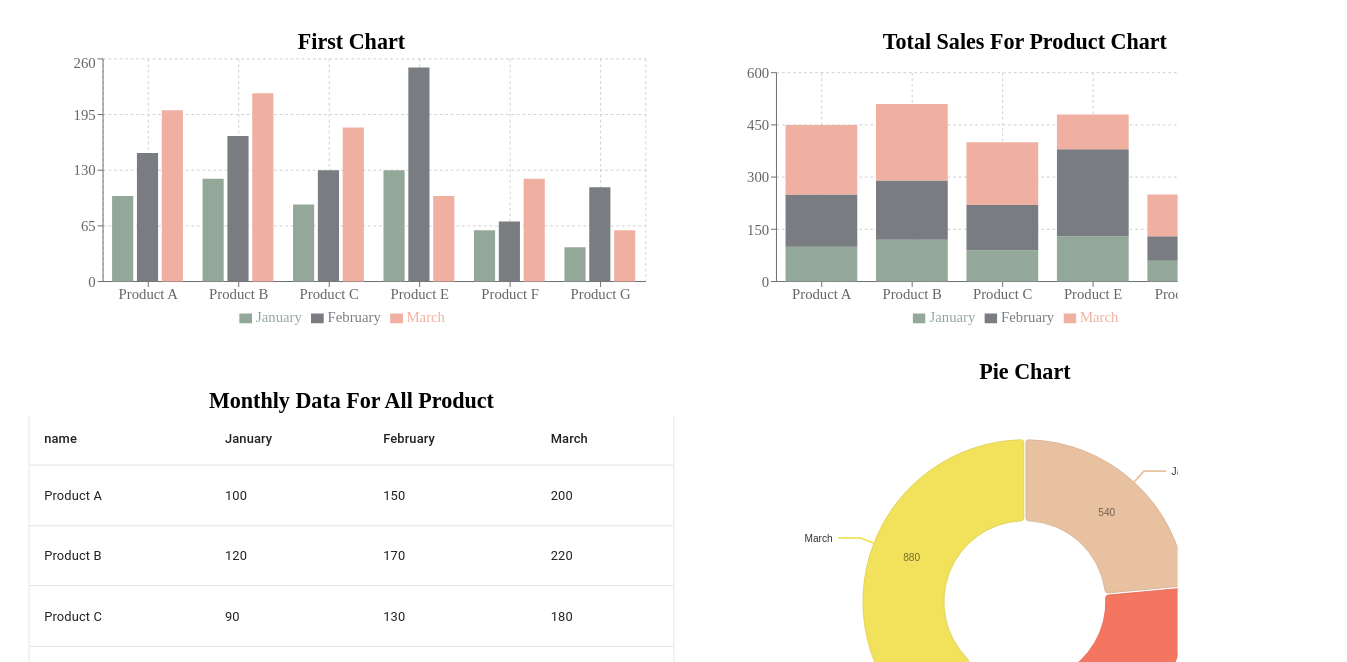
Repository: sagarjain738/test
Page: /
The author's editor kept a copy of each file at every save. The page is drawn from the files as they stood at one save, then again after the next save.
The browser window is 1280 px wide. The page is 1280 px wide, then 1464 px, then 1280 px, so the pictures cover 1464 px, including what lies to the right of the window. The pictures show the whole page, at 92% of full size.
The project was rebuilt for these pictures with package versions that can differ from the ones it lists, and the page was loaded fresh each time. Also part of the build but not shown: vite.config.js, src/index.css.

Above is the page before, as saved 2024-01-21 00:07:54.

### src/App.jsx
import "./App.css";
import FirstChart from "./components/FirstChart";
import totalData, { getTotalData, getTotal, getMonths } from "../Data";
import SecondChart from "./components/SecondData";
import TotalPieChart from "./components/PieChart";
import BasicTable from "./components/Table";

function App() {
  const firstRecord = getTotalData(totalData);
  const total = getTotal(totalData);
  const monthNames = getMonths();
  return (
    <div className="container">
      <FirstChart records={firstRecord} monthNames={monthNames.slice(1)} />
      <SecondChart records={firstRecord} monthNames={monthNames.slice(1)} />
      <BasicTable records={firstRecord} monthNames={monthNames} />
      <TotalPieChart records={total} monthNames={monthNames} />
    </div>
  );
}

export default App;

### src/App.css
*,
::before,
::after {
  box-sizing: border-box;
  padding: 0;
  margin: 0;
}

.container {
  display: grid;
  grid-template-columns: repeat(2, 1fr);
  max-height: 100vh;
  max-width: 100vw;
  overflow: hidden;
  gap: 2rem;
  padding: 2rem;
}

@media screen and (max-width: 900px) {
  .container {
    display: flex;
    flex-direction: column;
    overflow: scroll;
    align-items: center;
    justify-content: center;
    max-height: max-content;
  }
}

### src/components/FirstChart.jsx
import {
  Bar,
  BarChart,
  CartesianGrid,
  Legend,
  Rectangle,
  Tooltip,
  XAxis,
  YAxis,
} from "recharts";
import HigherOrder from "./HigherOrder";

const colors = ["#94A89A", "#797D81", "#EFB0A1", "#669bbc"];

const FirstChart = ({ records, monthNames }) => {
  return (
    <BarChart
      width={700}
      height={300}
      data={records}
      margin={{
        top: 5,
        right: 30,
        left: 20,
        bottom: 5,
      }}
    >
      <CartesianGrid strokeDasharray="3 3" />
      <XAxis dataKey="name" />
      <YAxis />
      <Tooltip />
      <Legend />
      {monthNames.map((month, i) => (
        <Bar
          key={month}
          dataKey={month}
          fill={colors[i]}
          activeBar={<Rectangle fill={colors[i]} stroke="blue" />}
        />
      ))}
    </BarChart>
  );
};

const ProductWiseMonthlySales = HigherOrder(FirstChart, "First Chart");

export default ProductWiseMonthlySales;

### Data.js
let data = {
  salesData: [
    {
      product: "Product A",
      sales: [
        { month: "January", amount: 100 },
        { month: "February", amount: 150 },
        { month: "March", amount: 200 },
      ],
    },
    {
      product: "Product B",
      sales: [
        { month: "January", amount: 120 },
        { month: "February", amount: 170 },
        { month: "March", amount: 220 },
      ],
    },
    {
      product: "Product C",
      sales: [
        { month: "January", amount: 90 },
        { month: "February", amount: 130 },
        { month: "March", amount: 180 },
      ],
    },
    {
      product: "Product E",
      sales: [
        { month: "January", amount: 130 },
        { month: "February", amount: 250 },
        { month: "March", amount: 100 },
      ],
    },
    {
      product: "Product F",
      sales: [
        { month: "January", amount: 60 },
        { month: "February", amount: 70 },
        { month: "March", amount: 120 },
      ],
    },
    {
      product: "Product G",
      sales: [
        { month: "January", amount: 40 },
        { month: "February", amount: 110 },
        { month: "March", amount: 60 },
      ],
    },
  ],
};

export function getTotalData(records) {
  const result = records.salesData.map((item) => {
    return {
      name: item.product,
      data: item.sales.reduce(
        (acc, itm) => ({ ...acc, [`${itm.month}`]: itm.amount }),
        {}
      ),
    };
  });

  const finalData = result.map((item) => {
    return { name: item.name, ...item.data };
  });

  return finalData;
}

export function getTotals(records) {
  const result = records.salesData.map((item) => {
    return {
      id: item.product,
      label: item.product,
      value: item.sales.reduce((acc, itm) => acc + itm.amount, 0),
      color: "hsl(271, 70%, 50%)",
    };
  });
  return result;
}

export function getTotal(data) {
  let sumOfMonths = {};
  data.salesData.forEach((product) => {
    product.sales.forEach((sale) => {
      sumOfMonths[sale.month] = (sumOfMonths[sale.month] || 0) + sale.amount;
    });
  });

  const output = [];

  for (const key in sumOfMonths) {
    output.push({
      id: key,
      label: key,
      value: sumOfMonths[key],
      color: "hsl(37, 70%, 50%)",
    });
  }

  return output;
}

export function getMonths() {
  const months = new Set();
  months.add("name");
  data.salesData.forEach((d) => d.sales.forEach((v) => months.add(v.month)));

  return [...months];
}

export default data;

### src/components/SecondData.jsx
import {
  Bar,
  BarChart,
  CartesianGrid,
  Legend,
  Tooltip,
  XAxis,
  YAxis,
} from "recharts";
import HigherOrder from "./HigherOrder";

const colors = ["#94A89A", "#797D81", "#EFB0A1", "#669bbc"];

const SecondChart = ({ records, monthNames }) => {
  return (
    <BarChart
      width={700}
      height={300}
      data={records}
      margin={{
        top: 20,
        right: 30,
        left: 20,
        bottom: 5,
      }}
    >
      <CartesianGrid strokeDasharray="3 3" />
      <XAxis dataKey="name" />
      <YAxis />
      <Tooltip />
      <Legend />
      {monthNames.map((month, i) => (
        <Bar key={i} dataKey={month} stackId="a" fill={colors[i]} />
      ))}
    </BarChart>
  );
};

const TotalSalesForProduct = HigherOrder(
  SecondChart,
  "Total Sales For Product Chart"
);

export default TotalSalesForProduct;

### src/components/PieChart.jsx
import { ResponsivePie } from "@nivo/pie";
import HigherOrder from "./HigherOrder";

const TotalPieChart = ({ records }) => (
  <div
    style={{
      height: "32rem",
      width: "32rem",
    }}
  >
    <ResponsivePie
      data={records}
      margin={{ top: 40, right: 80, bottom: 80, left: 80 }}
      innerRadius={0.5}
      padAngle={0.7}
      cornerRadius={3}
      activeOuterRadiusOffset={8}
      borderWidth={1}
      borderColor={{
        from: "color",
        modifiers: [["darker", 0.2]],
      }}
      arcLinkLabelsSkipAngle={10}
      arcLinkLabelsTextColor="#333333"
      arcLinkLabelsThickness={2}
      arcLinkLabelsColor={{ from: "color" }}
      arcLabelsSkipAngle={10}
      arcLabelsTextColor={{
        from: "color",
        modifiers: [["darker", 2]],
      }}
      defs={[
        {
          id: "dots",
          type: "patternDots",
          background: "inherit",
          color: "rgba(255, 255, 255, 0.3)",
          size: 4,
          padding: 1,
          stagger: true,
        },
        {
          id: "lines",
          type: "patternLines",
          background: "inherit",
          color: "rgba(255, 255, 255, 0.3)",
          rotation: -45,
          lineWidth: 6,
          spacing: 10,
        },
      ]}
      legends={[
        {
          anchor: "bottom",
          direction: "row",
          justify: false,
          translateX: 0,
          translateY: 56,
          itemsSpacing: 0,
          itemWidth: 100,
          itemHeight: 18,
          itemTextColor: "#999",
          itemDirection: "left-to-right",
          itemOpacity: 1,
          symbolSize: 18,
          symbolShape: "circle",
          effects: [
            {
              on: "hover",
              style: {
                itemTextColor: "#000",
              },
            },
          ],
        },
      ]}
    />
  </div>
);

const MonthWisePieChart = HigherOrder(TotalPieChart, "Pie Chart");

export default MonthWisePieChart;

### src/components/Table.jsx
import Table from "@mui/material/Table";
import TableBody from "@mui/material/TableBody";
import TableCell from "@mui/material/TableCell";
import TableContainer from "@mui/material/TableContainer";
import TableHead from "@mui/material/TableHead";
import TableRow from "@mui/material/TableRow";
import Paper from "@mui/material/Paper";
import HigherOrder from "./HigherOrder";

function BasicTable({ records, monthNames }) {
  return (
    <TableContainer
      component={Paper}
      sx={{
        minWidth: 450,
        maxWidth: 850,
        minHeight: 450,
        maxHeight: 500,
      }}
    >
      <Table
        sx={{
          minWidth: 450,
          maxWidth: 850,
          minHeight: 450,
          maxHeight: 500,
        }}
        aria-label="simple table"
      >
        <TableHead>
          <TableRow>
            {monthNames.map((item) => (
              <TableCell key={item}>{item}</TableCell>
            ))}
          </TableRow>
        </TableHead>
        <TableBody>
          {records.map((row) => (
            <TableRow
              key={row.name}
              sx={{ "&:last-child td, &:last-child th": { border: 0 } }}
            >
              {monthNames.map((item) => (
                <TableCell key={item} component="th" scope="row">
                  {row[item]}
                </TableCell>
              ))}
            </TableRow>
          ))}
        </TableBody>
      </Table>
    </TableContainer>
  );
}

const TotalSalesForProduct = HigherOrder(
  BasicTable,
  "Monthly Data For All Product"
);

export default TotalSalesForProduct;

### src/components/HigherOrder.jsx
export default function HigherOrder(Component, heading) {
  return function internal(props) {
    return (
      <div
        style={{
          display: "flex",
          flexDirection: "column",
          justifyContent: "center",
          alignItems: "center",
        }}
      >
        <h2>{heading}</h2>
        <Component {...props} />
      </div>
    );
  };
}

Loaded but not shown: index.html (common file); src/main.jsx (common file)

After the next save:
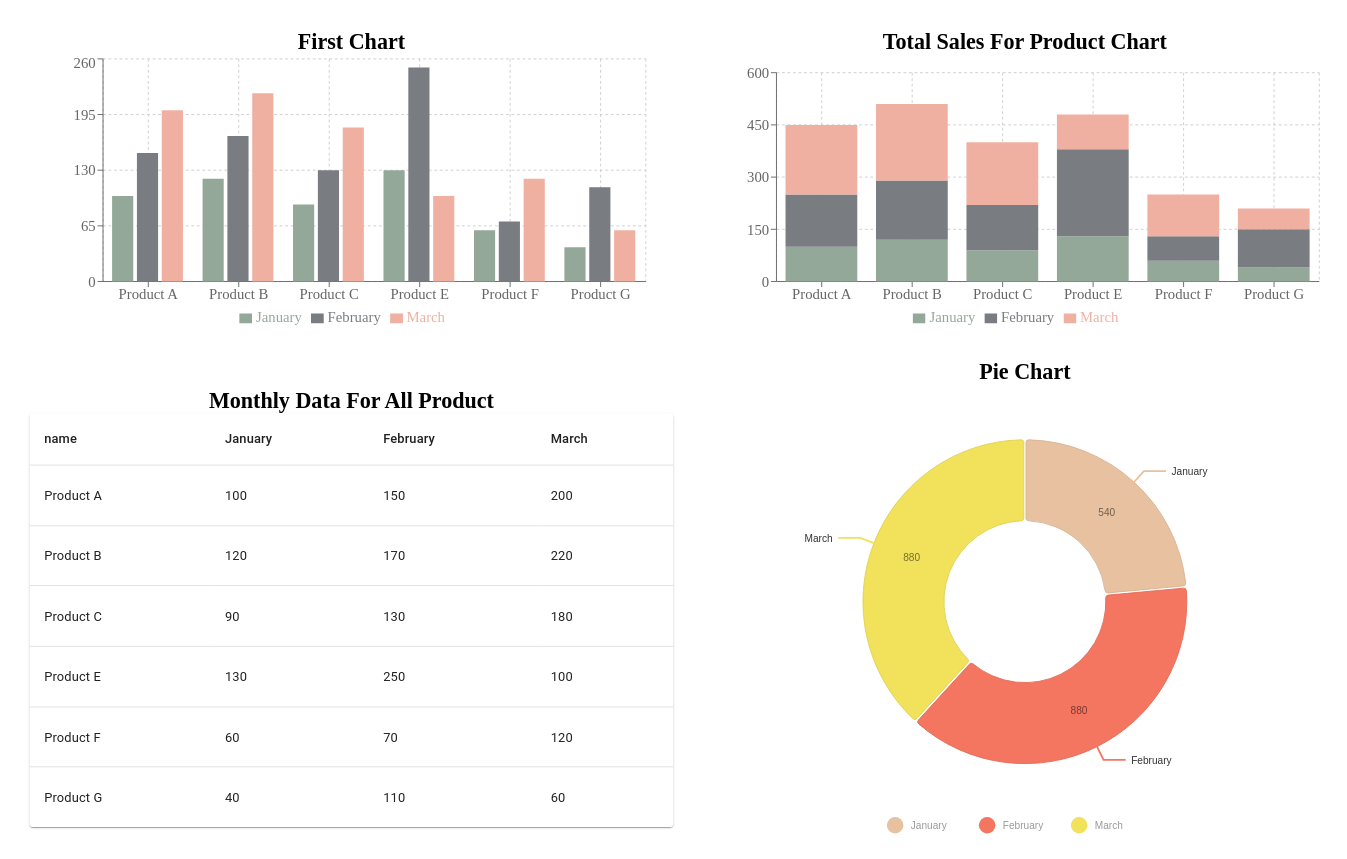
Saved 25 s later.
--- a/src/App.css
+++ b/src/App.css
@@ -11,7 +11,6 @@
   grid-template-columns: repeat(2, 1fr);
   max-height: 100vh;
   max-width: 100vw;
-  overflow: hidden;
   gap: 2rem;
   padding: 2rem;
 }

After the save that followed:
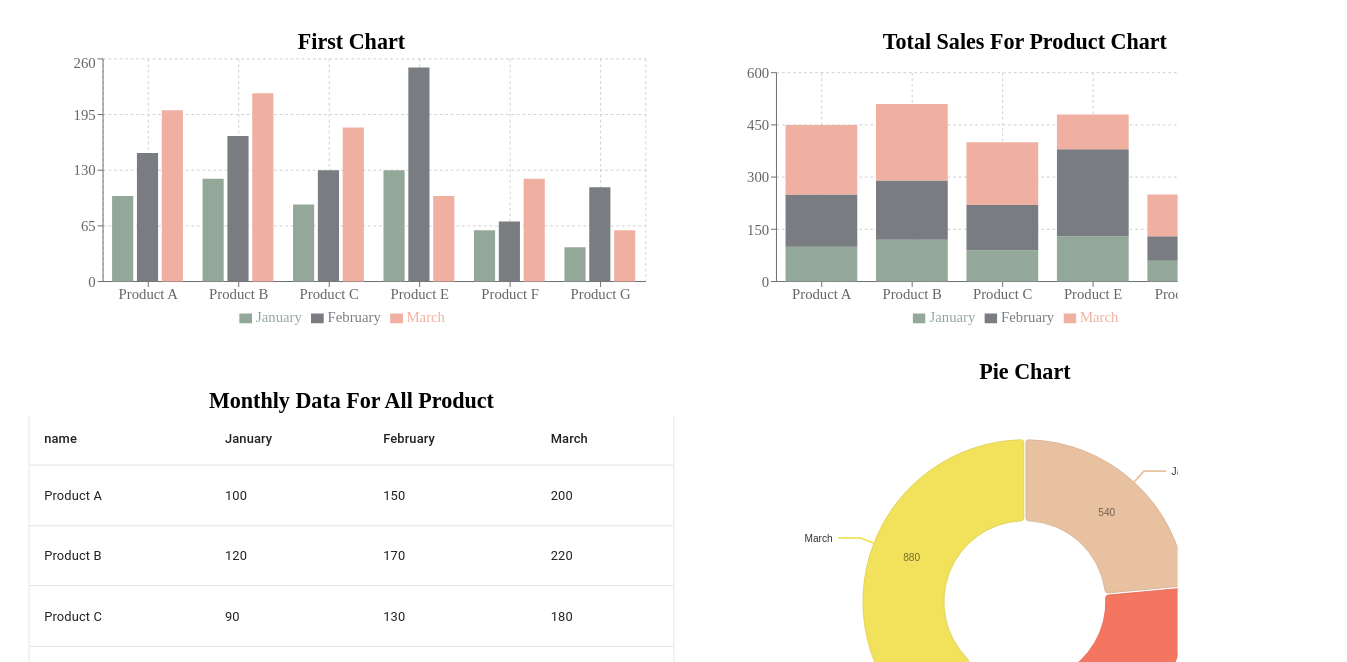
Saved 45 s later.
--- a/src/App.css
+++ b/src/App.css
@@ -11,6 +11,7 @@
   grid-template-columns: repeat(2, 1fr);
   max-height: 100vh;
   max-width: 100vw;
+  overflow: hidden;
   gap: 2rem;
   padding: 2rem;
 }
